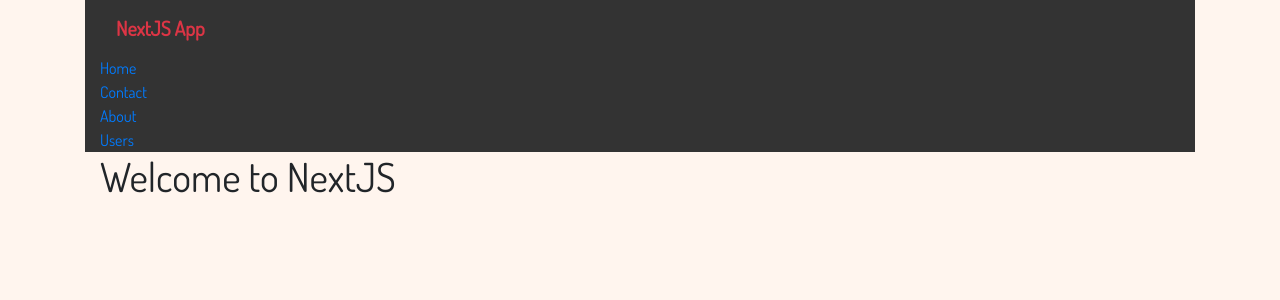
Repository: CaptainStorm21/NextJS-React16
Page: /
An editor plug-in stored every save of this project. The page is shown before and after the next save, followed by the edit.
The browser window is 1280 px wide. The pictures show the whole page.
The page's requests for data from a server got no answer. The project was rebuilt for these pictures with package versions that can differ from the ones it lists, and the page was loaded fresh each time. The framework's server and built-in components were replaced by stand-ins that run in the browser. No one was signed in, and anything a server would have sent is missing. Also part of the build but not shown: styles/main.css.

Above is the page before, as saved 2020-06-10 17:36:24.

After the next save:
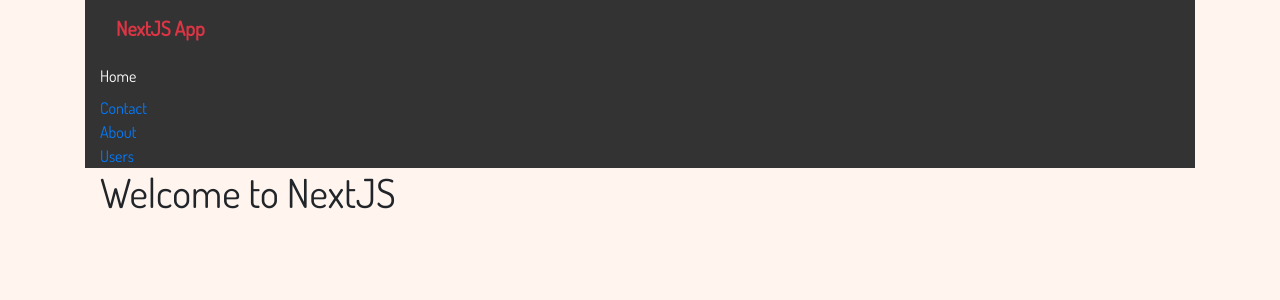
Saved 6 s later.
--- a/components/includes/Header.js
+++ b/components/includes/Header.js
@@ -14,7 +14,7 @@ const Header = () => (
         <div className="collapase navbar-collapse">
           <div className="navbar-nav">
             <Link href="/">
-              <a className = "">Home</a>
+              <a className = "nav-item nav-link">Home</a>
             </Link>
             <Link href="/contact">
               <a>Contact</a>
